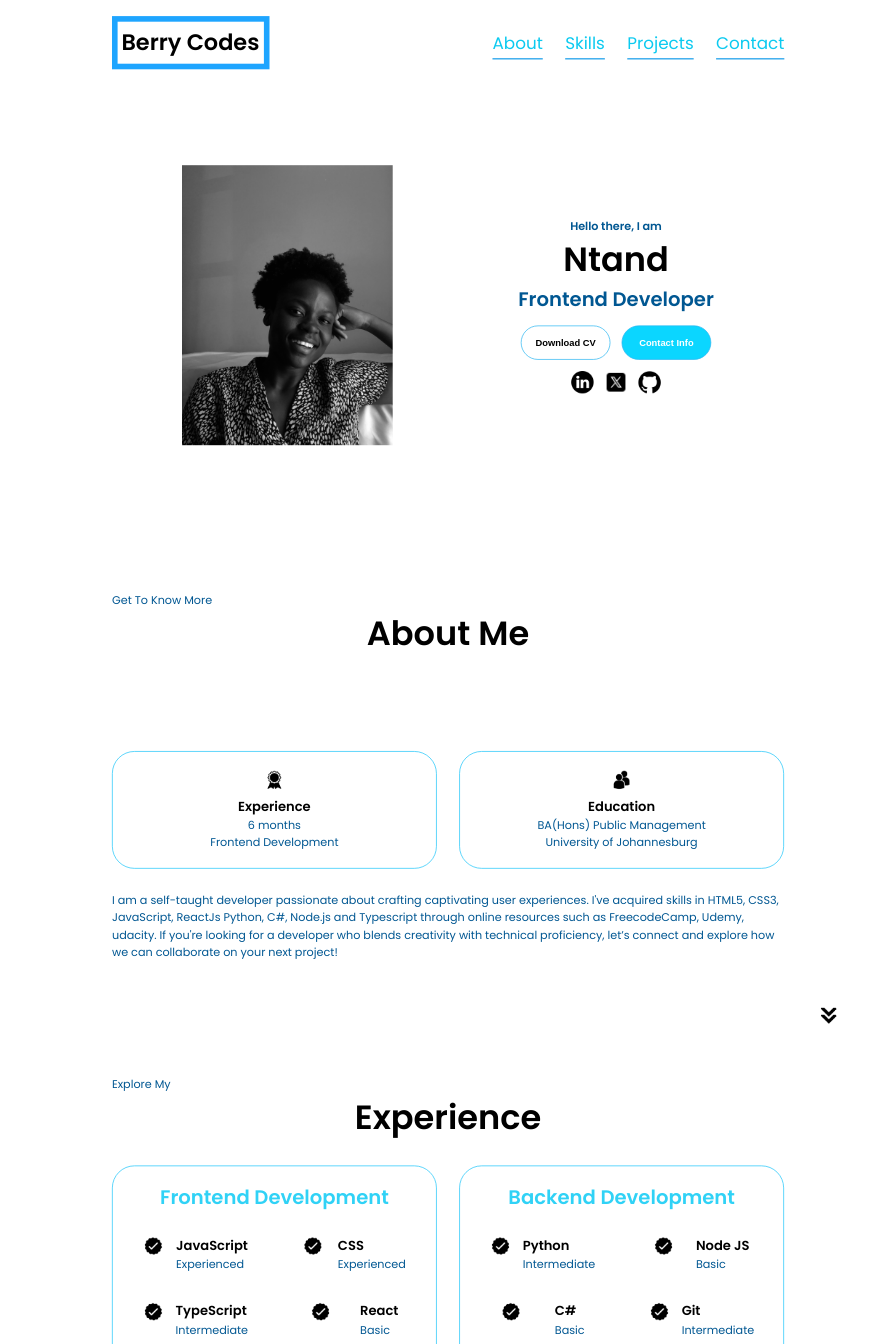
Repository: ntandomagana/FS-Dev-Portfolio
Page: index.html
The author's editor kept a copy of each file at every save. The page is drawn from the files as they stood at one save, then again after the next save.
The browser window is 1280 px wide. The pictures show the part of the page from y = 0 to 1920 px (the page is 3177 px tall), at 70% of full size.

Above is the page before, as saved 2024-05-04 23:03:13.

After the next save:
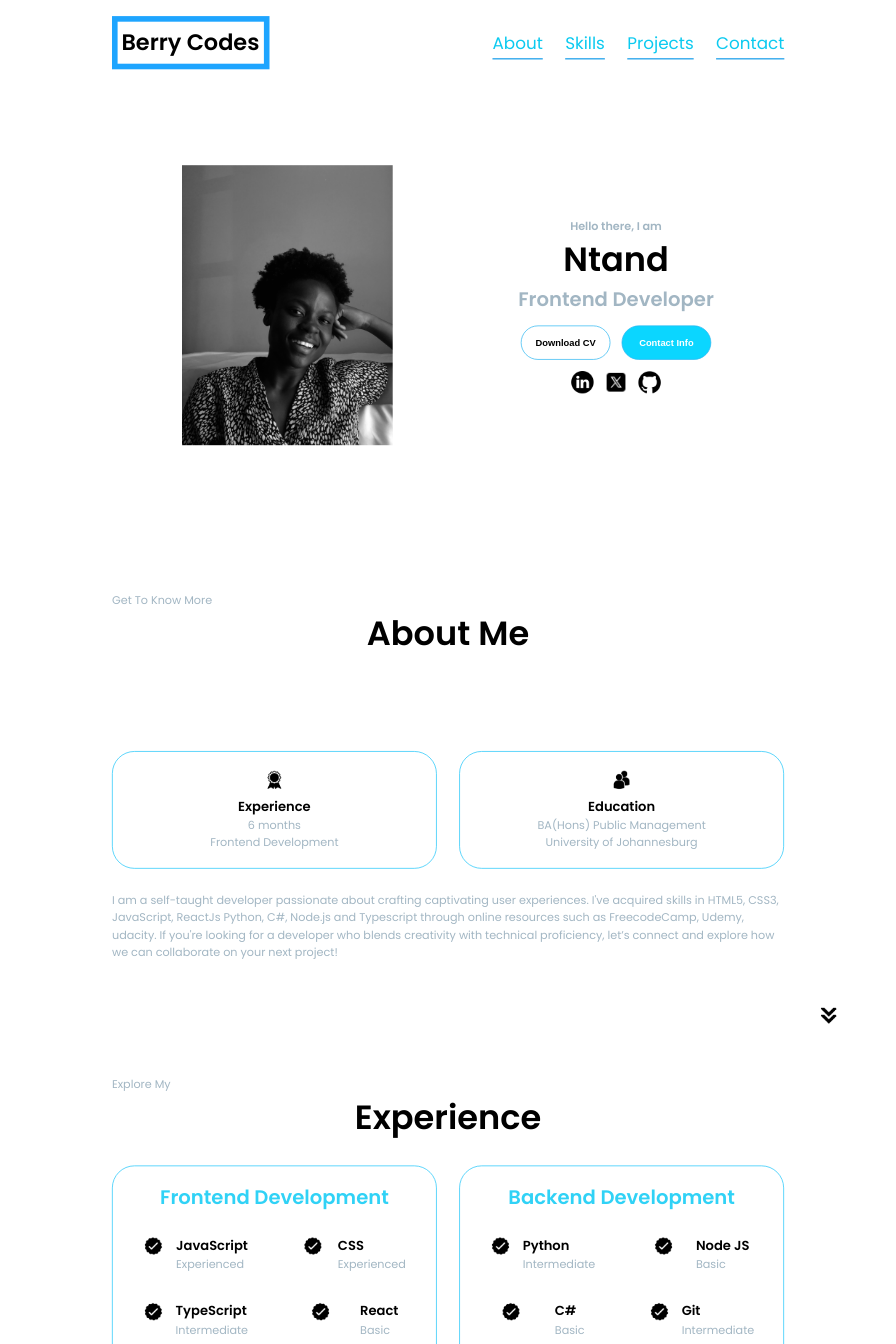
Saved 82 s later.
--- a/style.css
+++ b/style.css
@@ -14,7 +14,7 @@ html {
 }
 
 p {
-  color: #005792;
+  color: #a2b6c3;
 }
 
 section {
